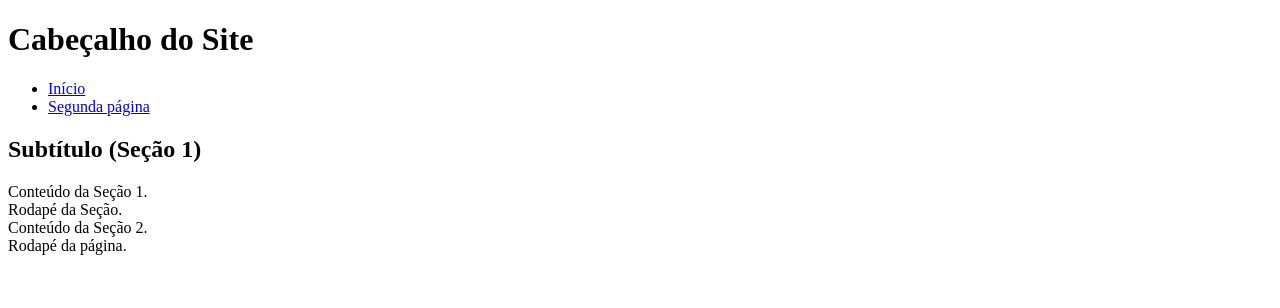
Repository: rrresck/pos_graduacao
Page: index.html
The author's editor kept a copy of each file at every save. The page is drawn from the files as they stood at one save, then again after the next save.
The browser window is 1280 px wide. The pictures show the whole page.

Above is the page before, as saved 2023-05-04 11:07:25.

After the next save:
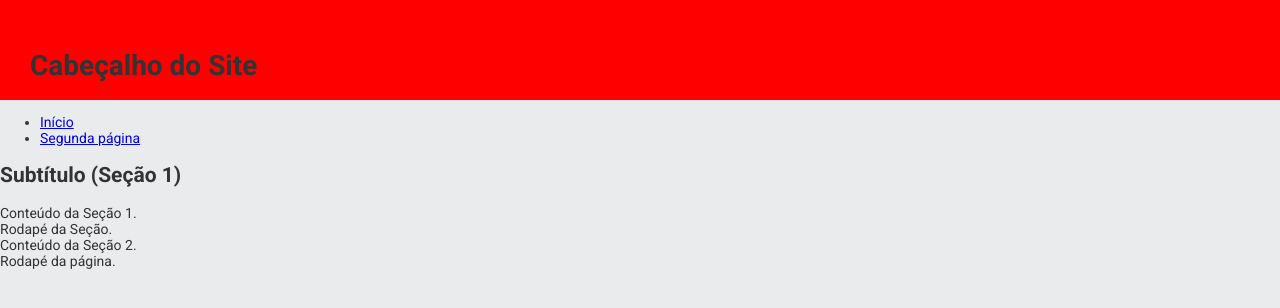
Saved 2 min 29 s later.
--- a/css/styles.css
+++ b/css/styles.css
@@ -1 +1,18 @@
 @import url("https://fonts.googleapis.com/css?family=Roboto:400,500,700&display=swap");
+
+body {
+    margin: 0;
+    padding: 0;
+    font: 14px "Roboto", sans-serif;
+    color: #333;
+    background: #eaebec;
+    -webkit-font-smoothing: antialiased !important;
+}
+
+.cabecalho {
+    height: 40px;
+    padding: 30px;
+    text-align: left;
+    background: red;
+    overflow: hidden;
+}
